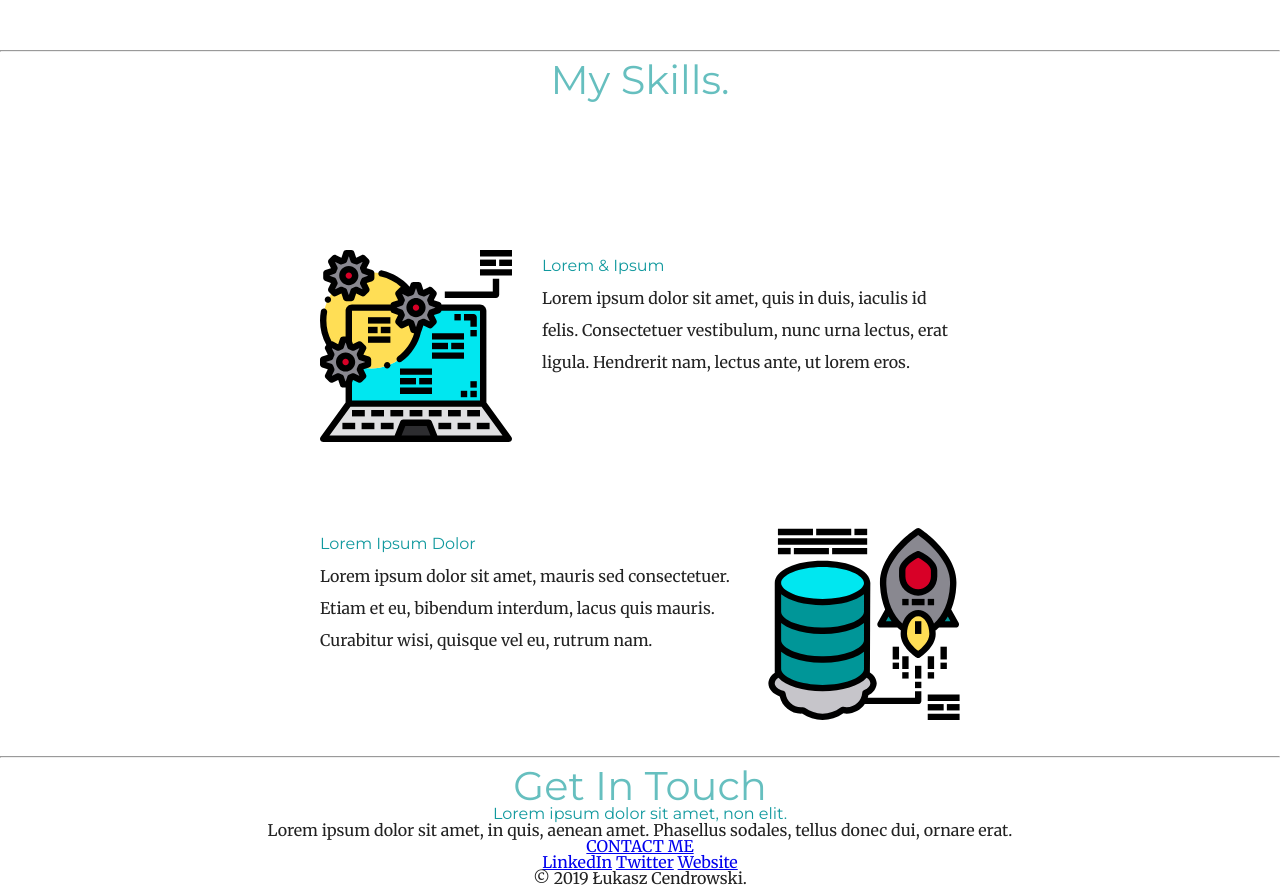
Repository: Isanderr/simple_landing_page-1
Page: index.html
These files come from the project's save history. The page is drawn as it stood at one moment and after the next save; the edit follows.
The browser window is 1280 px wide. The pictures show the part of the page from y = 968 to 1920 px (the page is 1856 px tall before and 2156 px after).
A picture or video elsewhere on the page could not be fetched, so the positions and the page height are approximate.

Above is the page before, as saved 2019-01-31 23:04:45.

### index.html
<!DOCTYPE html>
<html lang="en">

    <head>
        <meta charset="UTF-8">
        <meta name="viewport" content="width=device-width, initial-scale=1.0">
        <meta http-equiv="X-UA-Compatible" content="ie=edge">
        <title>CendrowskiL</title>
        <link rel="stylesheet" href="css/reset.css">
        <link rel="stylesheet" href="css/styles.css">
        <link rel="shortcut icon" href="img/favicon.ico" type="image/x-icon">
        <link href="https://fonts.googleapis.com/css?family=Merriweather|Montserrat|Sacramento" rel="stylesheet">
    </head>

    <body>
    </body>
    <div class="top-container">
        <img class="top-cloud" src="img/cloud.png" alt="cloud-image">
        <h1>I'm Luke</h1>
        <h2>a <span class="pro">pro</span>grammer.</h2>
        <img class="bottom-cloud" src="img/cloud.png" alt="cloud-image">
        <img src="img/mountain.png" alt="mountain-image">
    </div>
    <div class="middle-container">
        <div class="profile">
            <img src="img/man.svg" alt="man" class="man-img">
            <h2>Hello.</h2>
            <p>Lorem ipsum dolor sit amet, vitae volutpat, dui conubia, dolor urna. Non auctor, montes nulla
                distinctio.</p>
        </div>
        <hr>
        <div class="skills">
            <h2>My Skills.</h2>
            <div class="skill-row">
                <img class="computer-img" src="img/optimize.svg" alt="computer">
                <h3>Lorem & Ipsum</h3>
                <p>Lorem ipsum dolor sit amet, quis in duis, iaculis id felis. Consectetuer vestibulum, nunc urna
                    lectus, erat ligula. Hendrerit nam, lectus ante, ut lorem eros.</p>
            </div>
            <div class="skill-row">
                <img src="img/hosting.svg" class="hosting-img" alt="rocket-databes">
                <h3>Lorem Ipsum Dolor</h3>
                <p>Lorem ipsum dolor sit amet, mauris sed consectetuer. Etiam et eu, bibendum interdum, lacus quis
                    mauris. Curabitur wisi, quisque vel eu, rutrum nam.</p>
            </div>
        </div>
        <hr>
        <div class="contact-me">
            <h2>Get In Touch</h2>
            <h3>Lorem ipsum dolor sit amet, non elit.</h3>
            <p>Lorem ipsum dolor sit amet, in quis, aenean amet. Phasellus sodales, tellus donec dui, ornare erat.</p>
            <a class="btn" href="mailto:name@email.com">CONTACT ME</a>
        </div>
    </div>
    <div class="bottom-container">
        <a class="footer-link" href="https://www.linkedin.com/">LinkedIn</a>
        <a class="footer-link" href="https://twitter.com/">Twitter</a>
        <a class="footer-link" href="https://www.appbrewery.co/">Website</a>
        <p>© 2019 Łukasz Cendrowski.</p>
    </div>
    </body>

</html>

### css/styles.css
/* font-family: 'Merriweather', serif;
font-family: 'Sacramento', cursive;
font-family: 'Montserrat', sans-serif; */

body{
    margin: 0;
    text-align: center;
    font-family: 'Merriweather', serif;
}

h1 {
    color: #66bfbf;
    margin-top: 50px auto 0 auto;
    font-family: 'Sacramento', cursive;
    font-size: 5.625rem;
}
h2 {
    font-size: 2.5rem;
    font-family: 'Montserrat', sans-serif;
    color: #66bfbf;
    font-weight: normal;
}
h3 {
    font-family: 'Montserrat', sans-serif;
    color: #11999E;
}


.top-container {
background-color: #E4f9f5;
position: relative;
padding-top: 100px;
}

.pro {
    text-decoration: underline;
}

.top-cloud{
position: absolute;
right: 300px;
top: 50px;
}
.bottom-cloud {
position: absolute;
left: 300px;
bottom: 300px;
}

.profile {
    width: 50%;
    margin: auto;
    margin: 100px auto 100px auto;
    line-height: 2;
}

.skill-row {
    width: 50%;
    margin: auto;
    margin: 150px auto 100px auto;
    text-align: left;
    line-height: 2;
}

.man-img {
width: 30%;
}

.computer-img {
    width: 30%;
    float: left;
    margin-right: 30px;
}

.hosting-img {
    width: 30%;
    float: right;
    margin-left: 30px;
}

Loaded but not shown: css/reset.css (common file)

After the next save:
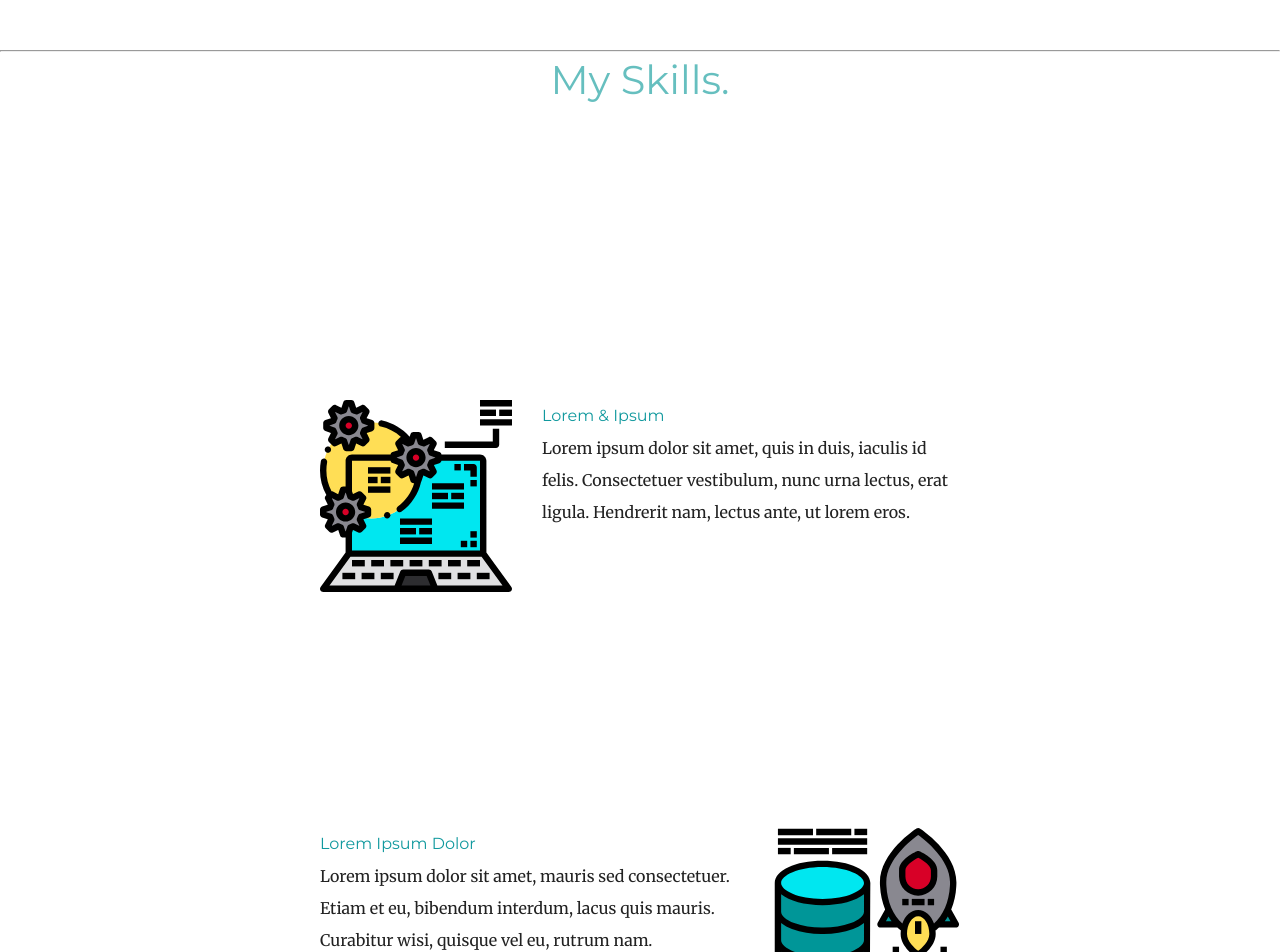
Saved 5 s later.
--- a/css/styles.css
+++ b/css/styles.css
@@ -57,7 +57,7 @@ bottom: 300px;
 .skill-row {
     width: 50%;
     margin: auto;
-    margin: 150px auto 100px auto;
+    margin: 300px auto 100px auto;
     text-align: left;
     line-height: 2;
 }
